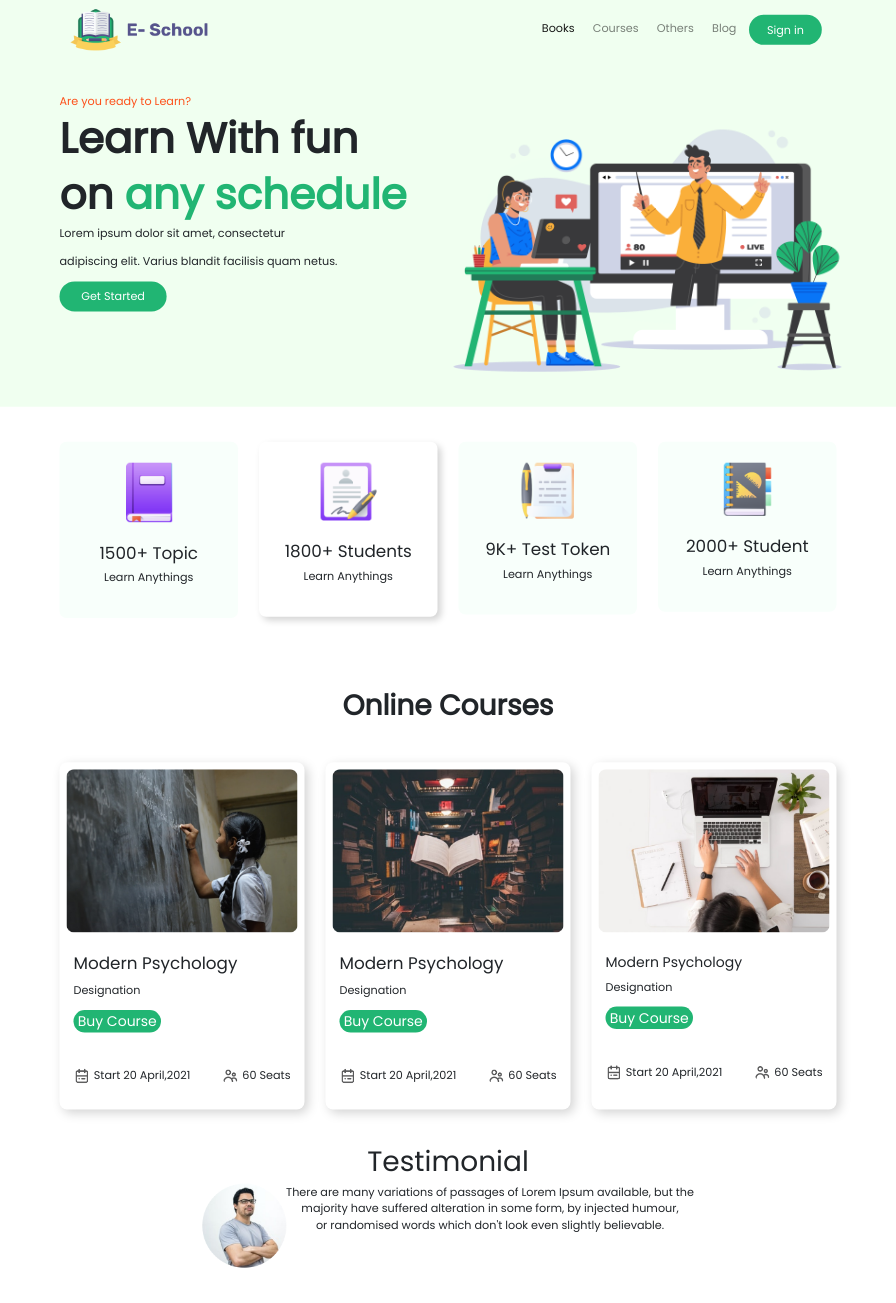
Repository: mohsinfarabi/e-school
Page: index.html
An editor plug-in stored every save of this project. The page is shown before and after the next save, followed by the edit.
The browser window is 1280 px wide. The pictures show the whole page, at 70% of full size.

Above is the page before, as saved 2020-07-08 20:43:45.

After the next save:
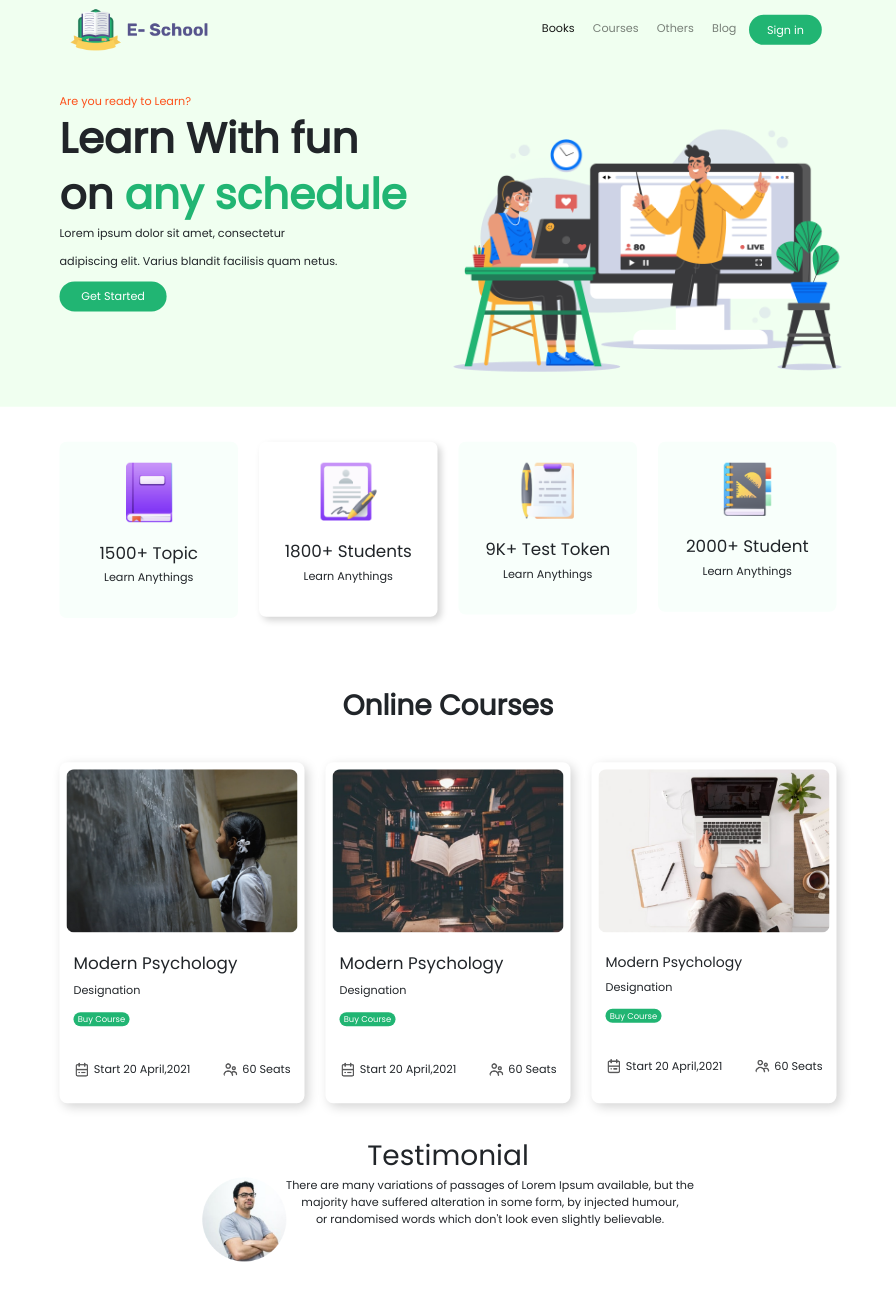
Saved 6 s later.
--- a/style.css
+++ b/style.css
@@ -143,7 +143,7 @@
         color: white;
         margin-bottom: 20px;
         font-style: normal;
-        font-size: 20px;
+        font-size: 12px;
     }
 
     .card-bottom {
